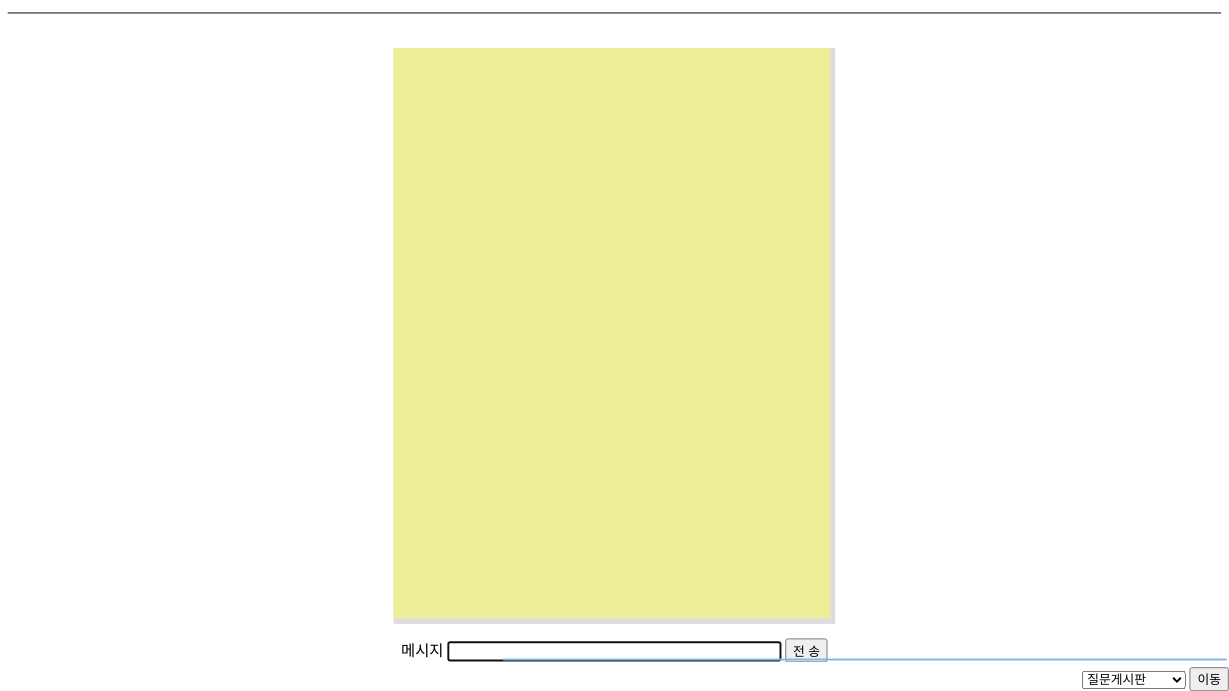
Repository: kalmia26/Capstone
Page: LectureSystem/WebContent/chat_client.html
These files come from the project's save history. The page is drawn as it stood at one moment and after the next save; the edit follows.
The browser window is 1280 px wide. The pictures show the whole page, at 96% of full size.

Above is the page before, as saved 2017-05-24 02:05:16.

After the next save:
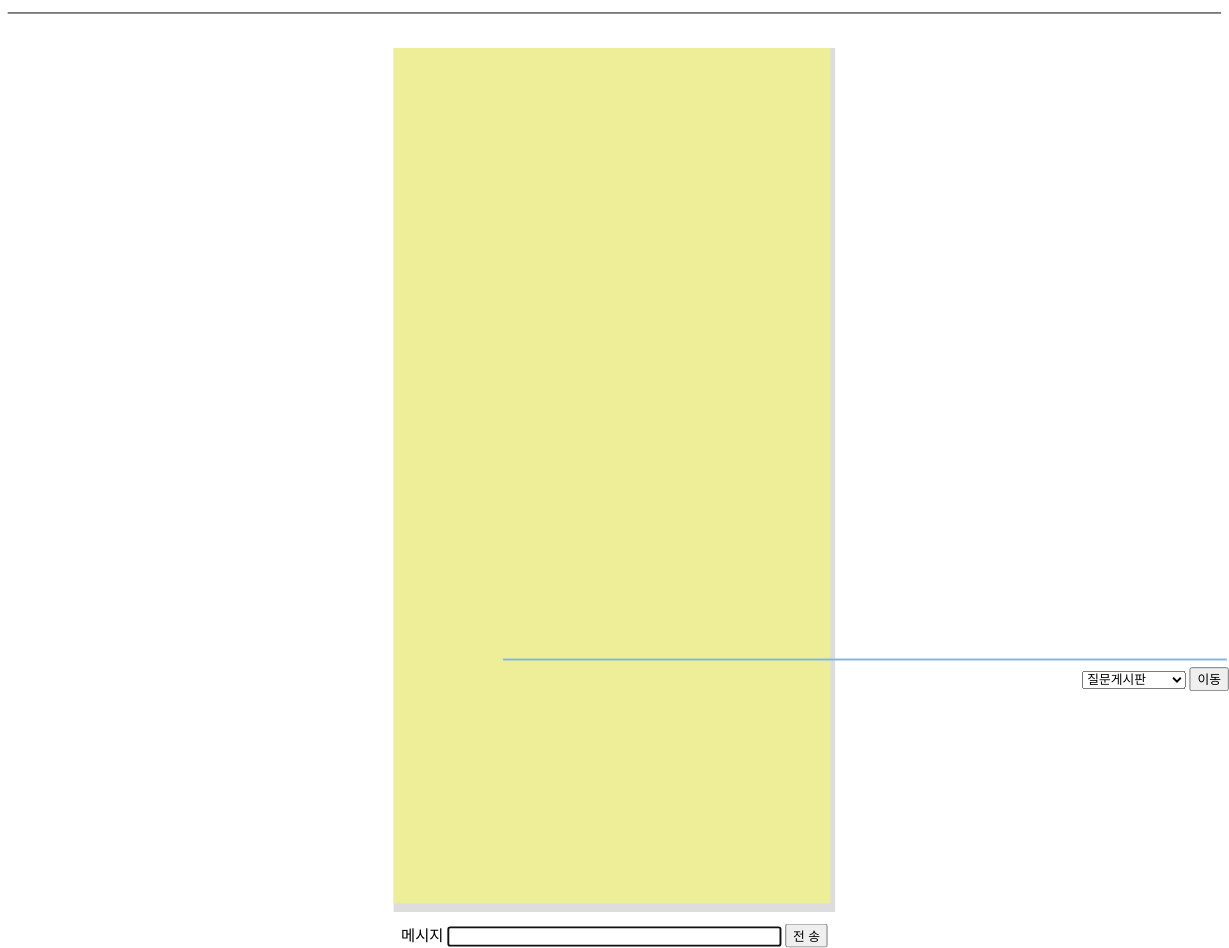
Saved 7 s later.
--- a/LectureSystem/WebContent/chat_client.html
+++ b/LectureSystem/WebContent/chat_client.html
@@ -103,7 +103,7 @@ function sendResultHandler(){
   div.outer {
    background-color:#dddddd;
    border-color 1px solid black;
-   width:460px; height:600px;
+   width:460px; height:900px;
    text-align: center;
   }
   input.chatbox { width:340px; }
